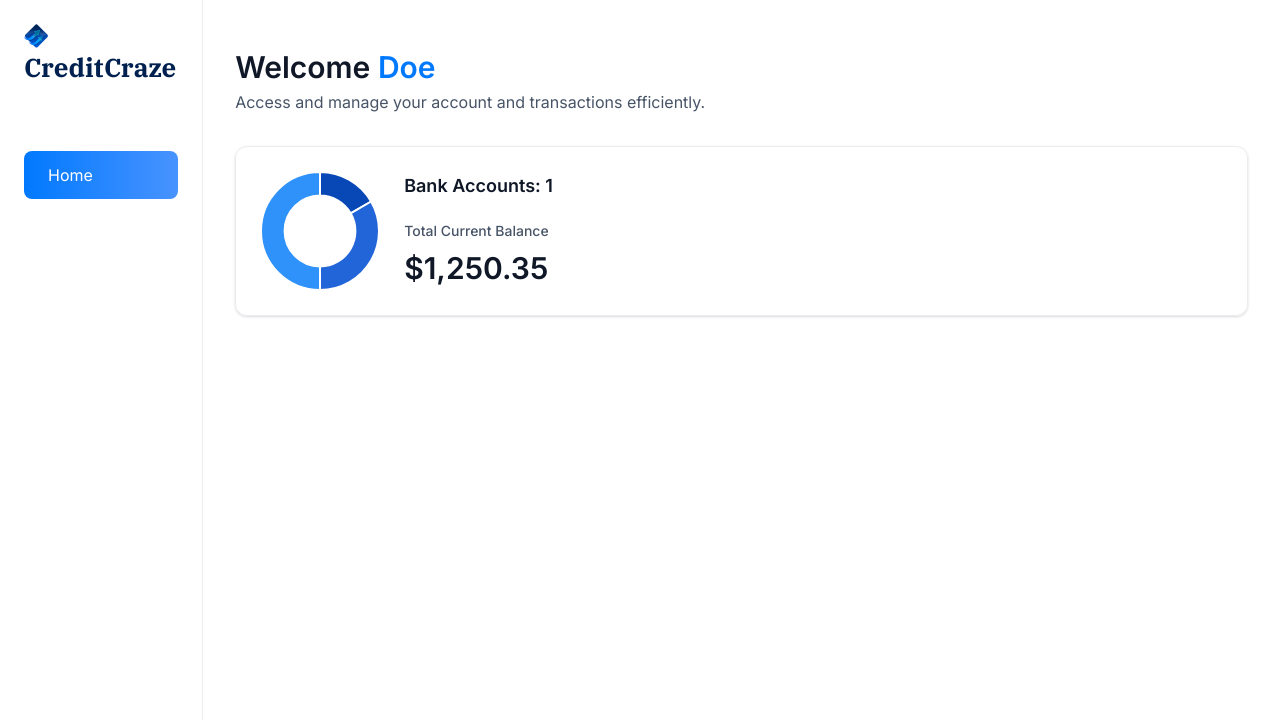
Repository: akinolapo/creditcraze
Page: /
These files come from the project's save history. The page is drawn as it stood at one moment and after the next save; the edit follows.
The browser window is 1280 px wide. The pictures show the whole page.
The project was rebuilt for these pictures with package versions that can differ from the ones it lists, and the page was loaded fresh each time. The framework's server and built-in components were replaced by stand-ins that run in the browser. Also part of the build but not shown: next.config.mjs.

Above is the page before, as saved 2024-07-01 10:02:27.

### app/layout.tsx
import type { Metadata } from "next";
import { Inter, IBM_Plex_Serif } from "next/font/google";
import "./globals.css";

const inter = Inter({ subsets: ["latin"], variable: '--font-inter' });
const ibmPlexSerif = IBM_Plex_Serif({
  subsets: ['latin'],
  weight: ['400', '700'],
  variable: '--font-ibm-plex-serif'
})

export const metadata: Metadata = {
  title: "CreditCraze",
  description: "CreditCraze is a modern banking platform for everyone.",
  icons: {
    icon: '/icons/logo.svg'
  }
};

export default function RootLayout({
  children,
}: Readonly<{
  children: React.ReactNode;
}>) {
  return (
    <html lang="en">
      <body className={`${inter.variable} ${ibmPlexSerif.variable}`}>{children}</body>
    </html>
  );
}

### app/(root)/layout.tsx
import Sidebar from "@/components/Sidebar";

export default function RootLayout({
  children,
}: Readonly<{
  children: React.ReactNode;
}>) {
  const loggedIn =  { firstName: 'Doe', lastName: 'John'}
  return (
    <main className="flex h-screen w-full font-inter">
        <Sidebar user={loggedIn} />
        {children}
    </main>
  );
}

### app/(root)/page.tsx
import HeaderBox from '@/components/HeaderBox'
import TotalBalanceBox from '@/components/TotalBalanceBox';
import React from 'react'

const Home = () => {
  const loggedIn = { firstName: 'Doe'};
  return (
    <section className="home">
      <div className="home-content">
        <header className="home-header">
          <HeaderBox
            type="greeting"
            title="Welcome"
            user={loggedIn?.firstName || 'Guest'}
            subtext="Access and manage your account and transactions efficiently."
          />

          <TotalBalanceBox
            accounts={[]}
            totalBanks={1}
            totalCurrentBalance={1250.35}
          />

        </header>
      </div>
    </section>
  )
}

export default Home

### components/Sidebar.tsx
'use client'
import { sidebarLinks } from '@/constants'
import { cn } from '@/lib/utils'
import Image from 'next/image'
import Link from 'next/link'
import { usePathname } from 'next/navigation'
import React from 'react'

const Sidebar = ({user}: SiderbarProps) => {
    const pathname = usePathname();
  return (
    <section className="sidebar">
        <nav className="flex flex-col gap-4">
            <Link href="/" className="mb-12 cursor-pointer items-center gap-2">
                <Image
                    src="/icons/logo.svg"
                    width={34}
                    height={34}
                    alt="Credicraze logo"
                    className="size-[24px] max-xl:size-14"
                />
                <h1 className="sidebar-logo">CreditCraze</h1>
            </Link>

            {sidebarLinks.map((item) =>{
                const isActive =
                pathname === item.route || pathname.startsWith(`${item.route}/`)
                return(
                    <Link
                        href={item.route}
                        key={item.label}
                        className={cn('sidebar-link', {'bg-bank-gradient': isActive})}
                        >
                            <div className="relative"></div>
                            {item.label}
                    </Link>
                )
            })}
        </nav>
    </section>
  )
}

export default Sidebar

### components/HeaderBox.tsx
const HeaderBox = ({ type="title", title, subtext, user}: HeaderBoxProps) => {
  return (
    <div className="header-box">
        <h1 className="header-box-title">
            {title}
            {type === 'greeting' && (
                <span className="text-bankGradient">
                    &nbsp;{user}
                </span>
            )}
        </h1>
        <p className="header-box-subtext">{subtext}</p>
    </div>
  )
}

export default HeaderBox

### components/TotalBalanceBox.tsx
import AnimatedCounter from './AnimatedCounter'
import DoughnutChart from './DoughnutChart'

const TotalBalanceBox = ({
  accounts= [], totalBanks, totalCurrentBalance
}:TotlaBalanceBoxProps) => {
  return (
    <section className="total-balance">
      <div className="total-balance-chart">
        <DoughnutChart accounts={accounts}/>
      </div>
      <div className="flex flex-col gap-6">
        <h2 className="header-2">
          Bank Accounts: {totalBanks}
        </h2>
        <div className="flex flex-col gap-2">
          <p className="total-balance-label">
            Total Current Balance
          </p>
          <div className="total-balance-amount flex-center gap-2">
            <AnimatedCounter amount= {totalCurrentBalance}/>
          </div>
        </div>
      </div>
    </section>
  )
}

export default TotalBalanceBox

### components/AnimatedCounter.tsx
'use client';
import CountUp from 'react-countup'

const AnimatedCounter = ({amount}: {amount: number}) => {
  return (
    <div className="w-full">
        <CountUp
            duration={2.75}
            decimals={2}
            decimal="."
            prefix="$"
            end ={amount}
        />
    </div>
  )
}

export default AnimatedCounter

### components/DoughnutChart.tsx
'use client'

import { Chart as ChartJs, ArcElement, Legend, Tooltip } from "chart.js"
import { Doughnut } from "react-chartjs-2"

ChartJs.register(ArcElement, Tooltip, Legend)

const DoughnutChart = ({accounts}: DoughnutChartProps) => {
  const data = {
    datasets: [
      {
        label: 'Banks',
        data: [1250, 2500, 3750],
        backgroundColor: ['#0747b6', '#2265d8', '#2f91fa']
      }
    ],
    labels: ['Bank 1', 'Bank 2', 'Bank 3']
  }
  return (
    <Doughnut
      data={data}
      options={{
        cutout: '60%',
        plugins: {
          legend:{
            display: false
          }
        }
      }}
    />
  )
}

export default DoughnutChart

Loaded but not shown: app/globals.css (common file); constants/index.ts (common file); lib/utils.ts (common file); tailwind.config.ts (common file)

After the next save:
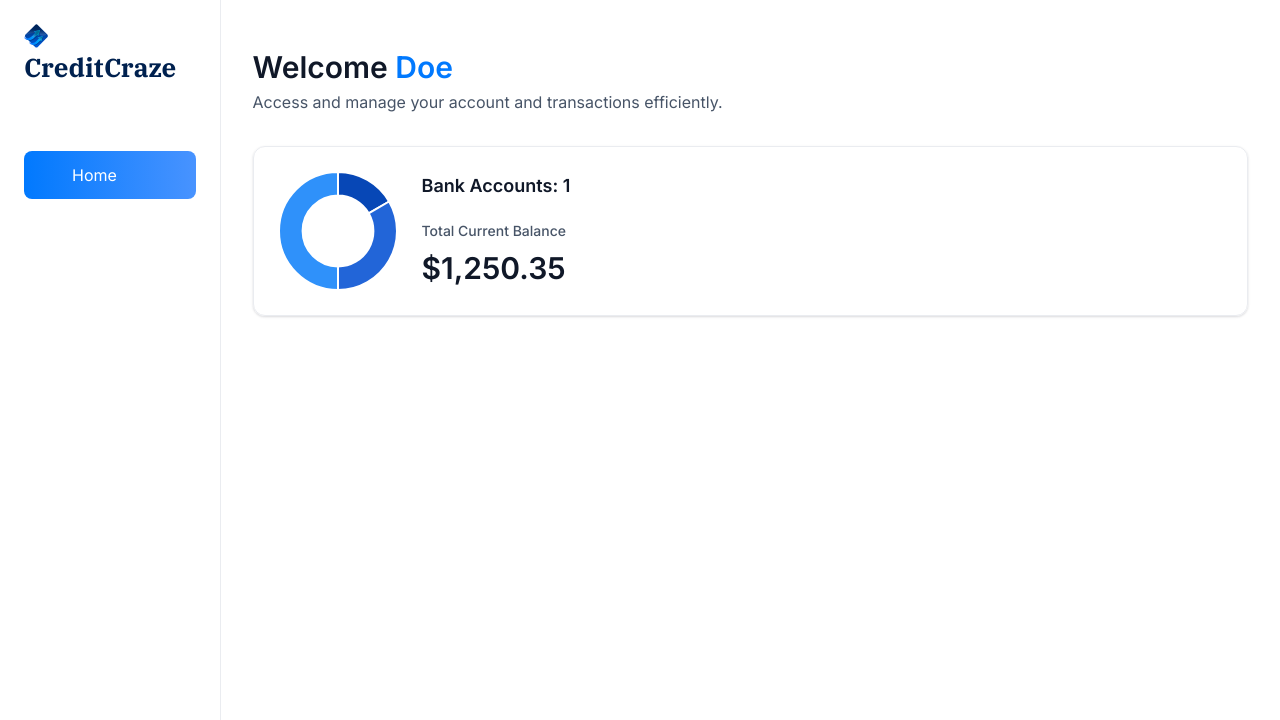
Saved 10 s later.
--- a/components/Sidebar.tsx
+++ b/components/Sidebar.tsx
@@ -31,7 +31,7 @@ const Sidebar = ({user}: SiderbarProps) => {
                         key={item.label}
                         className={cn('sidebar-link', {'bg-bank-gradient': isActive})}
                         >
-                            <div className="relative"></div>
+                            <div className="relative size-6"></div>
                             {item.label}
                     </Link>
                 )
